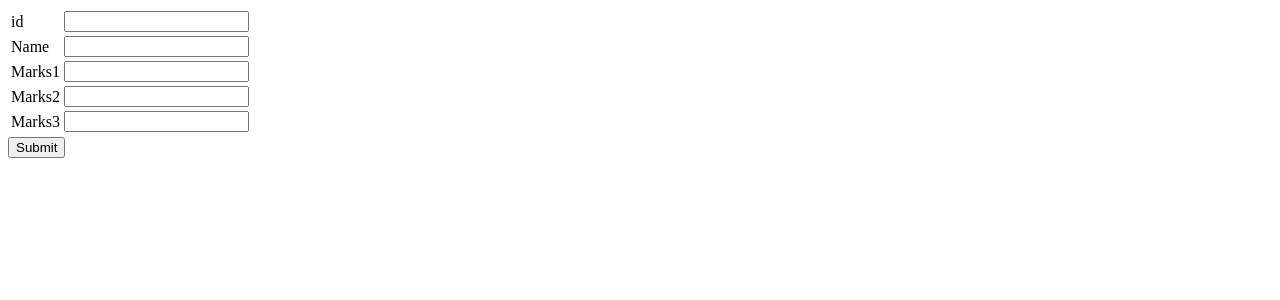
Repository: satyamjha1011/JDBC
Page: add-result/src/main/webapp/index.html
These files come from the project's save history. The page is drawn as it stood at one moment and after the next save; the edit follows.
The browser window is 1280 px wide. The pictures show the whole page.

Above is the page before, as saved 2024-10-10 10:14:27.

After the next save:
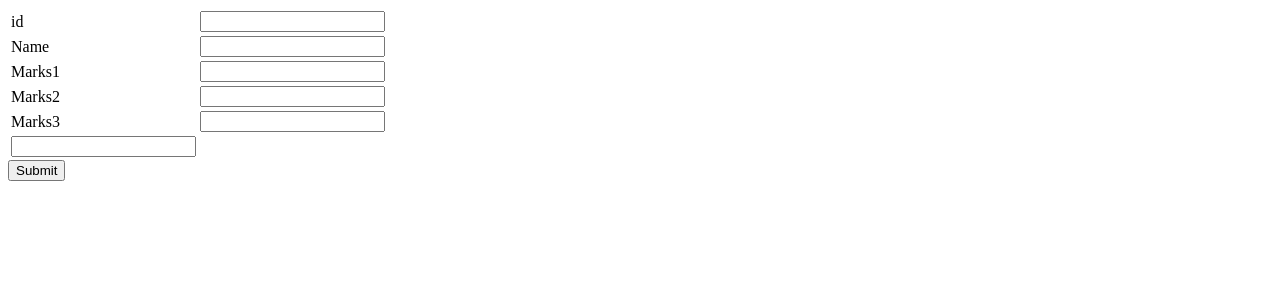
Saved 111 s later.
--- a/add-result/src/main/webapp/index.html
+++ b/add-result/src/main/webapp/index.html
@@ -33,7 +33,7 @@
 			</tr>
 
 			<tr>
-
+				<td><input type="text" name="submit"></td>
 		</table>
 		<input type = "submit" name ="submit"/>
 	</form>
